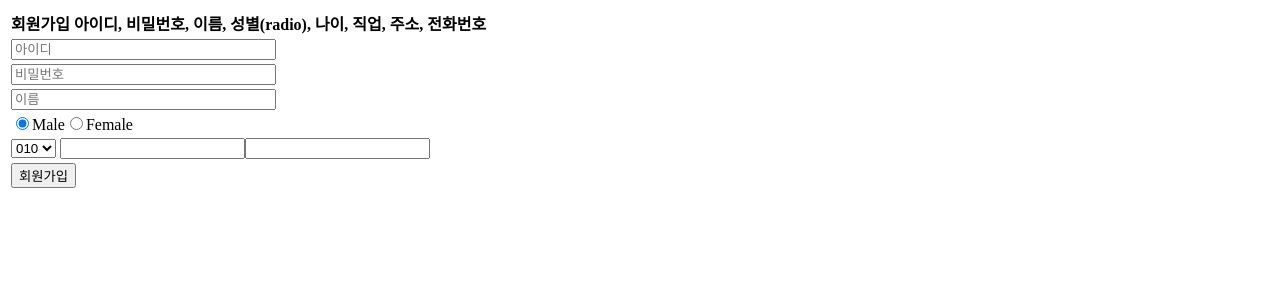
Repository: fellownew/web_workspace
Page: http://localhost/BankSystem/login/register_form.jsp
These files come from the project's save history. The page is drawn as it stood at one moment and after the next save; the edit follows.
The browser window is 1280 px wide. The pictures show the whole page.
The page is served by Tomcat 9. Nobody is signed in. The application's start-up code is not run.

Above is the page before, as saved 2015-03-26 10:31:28.

After the next save:
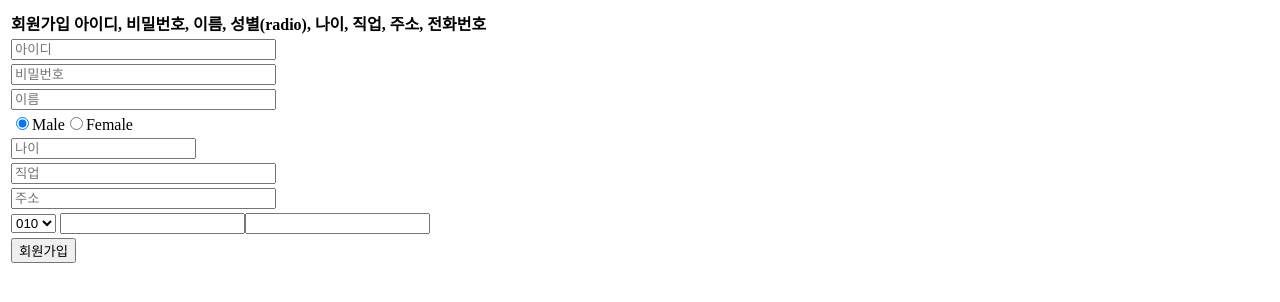
Saved 2 min 31 s later.
--- a/BankSystem/WebContent/login/register_form.jsp
+++ b/BankSystem/WebContent/login/register_form.jsp
@@ -25,6 +25,15 @@
 		<td><label><input type="radio" name="sex" checked="checked">Male</label><label><input type="radio" name="sex">Female</label></td>
 	</tr>
 	<tr>
+		<td><input type="number" name="age" size="30" min="18" placeholder="나이"></td>
+	</tr>
+	<tr>
+		<td><input type="text" name="job" size="30" placeholder="직업"></td>
+	</tr>
+	<tr>
+		<td><input type="text" name="address" size="30" placeholder="주소"></td>
+	</tr>
+	<tr>
 		<td><select name="phone1">
 			<option value="010" selected="selected">010</option>
 			<option>011</option>
